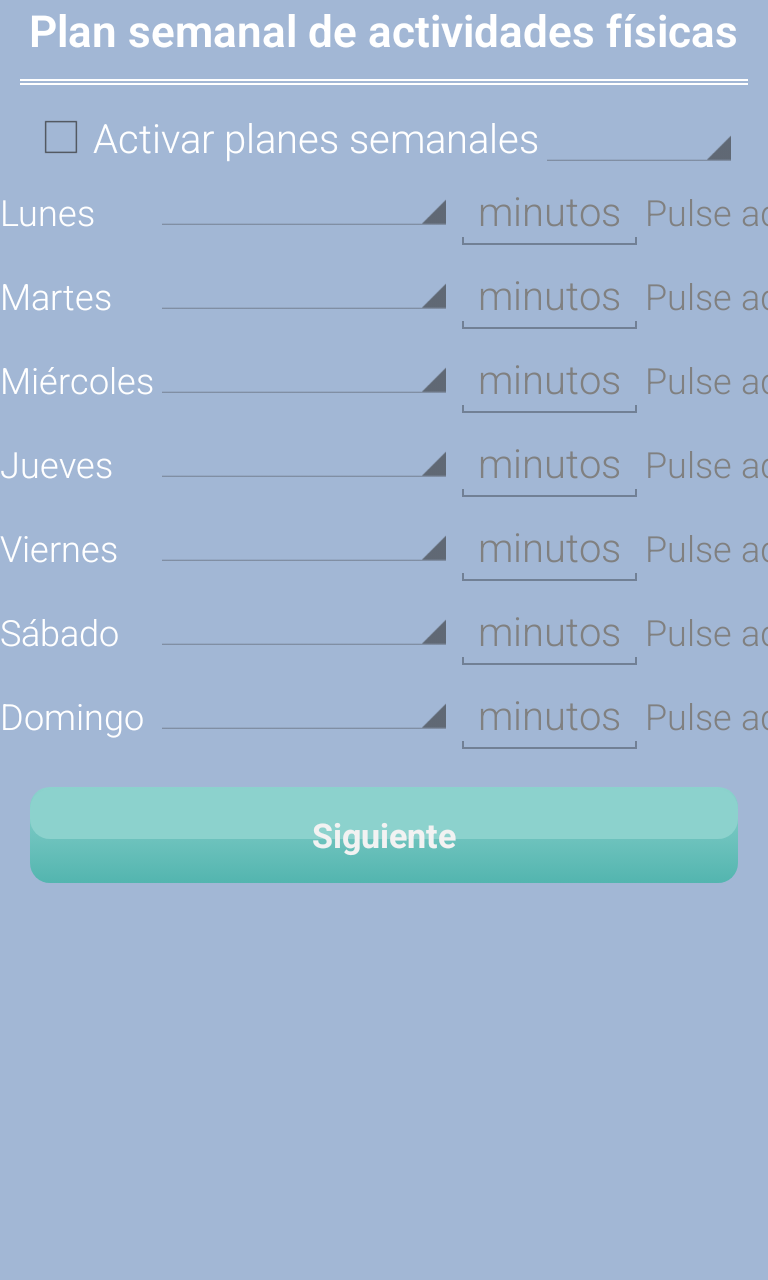
Repository: HectorGarciaMiguel/ssii-diabetes-060036
Layout: SeguimientoDiabetes/res/layout/activity_configuracion3.xml
These files come from the project's save history. The layout is drawn as it stood at one moment and after the next save; the edit follows.
It is drawn on a 768 x 1280 px phone screen (xhdpi) without system bars, with theme AppTheme; the app's code is not run.

Above is the layout before, as saved 2015-11-19 20:36:48.

After the next save:
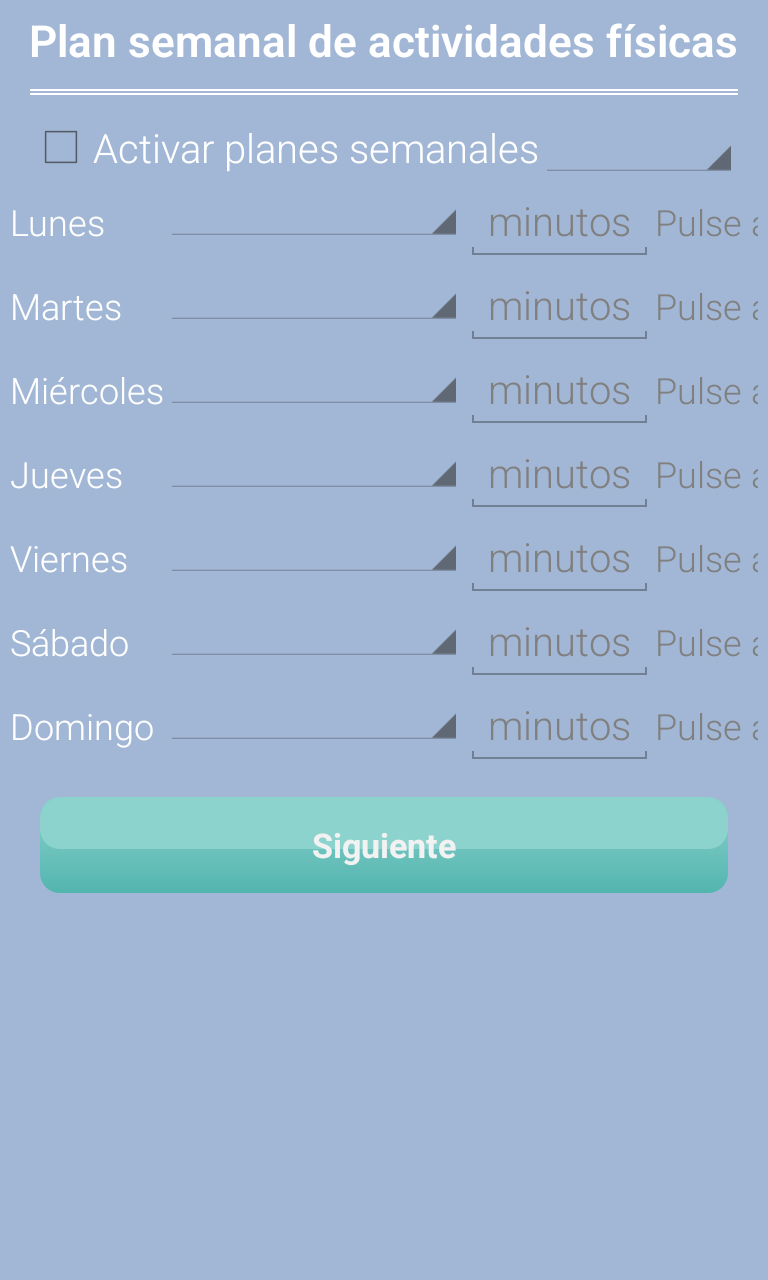
Saved 3 min 14 s later.
--- a/SeguimientoDiabetes/res/layout/activity_configuracion3.xml
+++ b/SeguimientoDiabetes/res/layout/activity_configuracion3.xml
@@ -1,10 +1,17 @@
-<LinearLayout xmlns:android="http://schemas.android.com/apk/res/android"
+<ScrollView xmlns:android="http://schemas.android.com/apk/res/android"
     xmlns:tools="http://schemas.android.com/tools"
+    android:layout_width="fill_parent"
+    android:layout_height="fill_parent"
+    android:orientation="vertical">
+
+
+<LinearLayout
     android:layout_width="fill_parent"
     android:layout_height="fill_parent"
     android:orientation="vertical"
     android:layout_margin="5dp"
     tools:context=".Configuracion3Activity" >
+
 
     <LinearLayout
         android:layout_width="fill_parent"
@@ -293,3 +300,4 @@
 
     </LinearLayout>
 </LinearLayout>
+</ScrollView>
